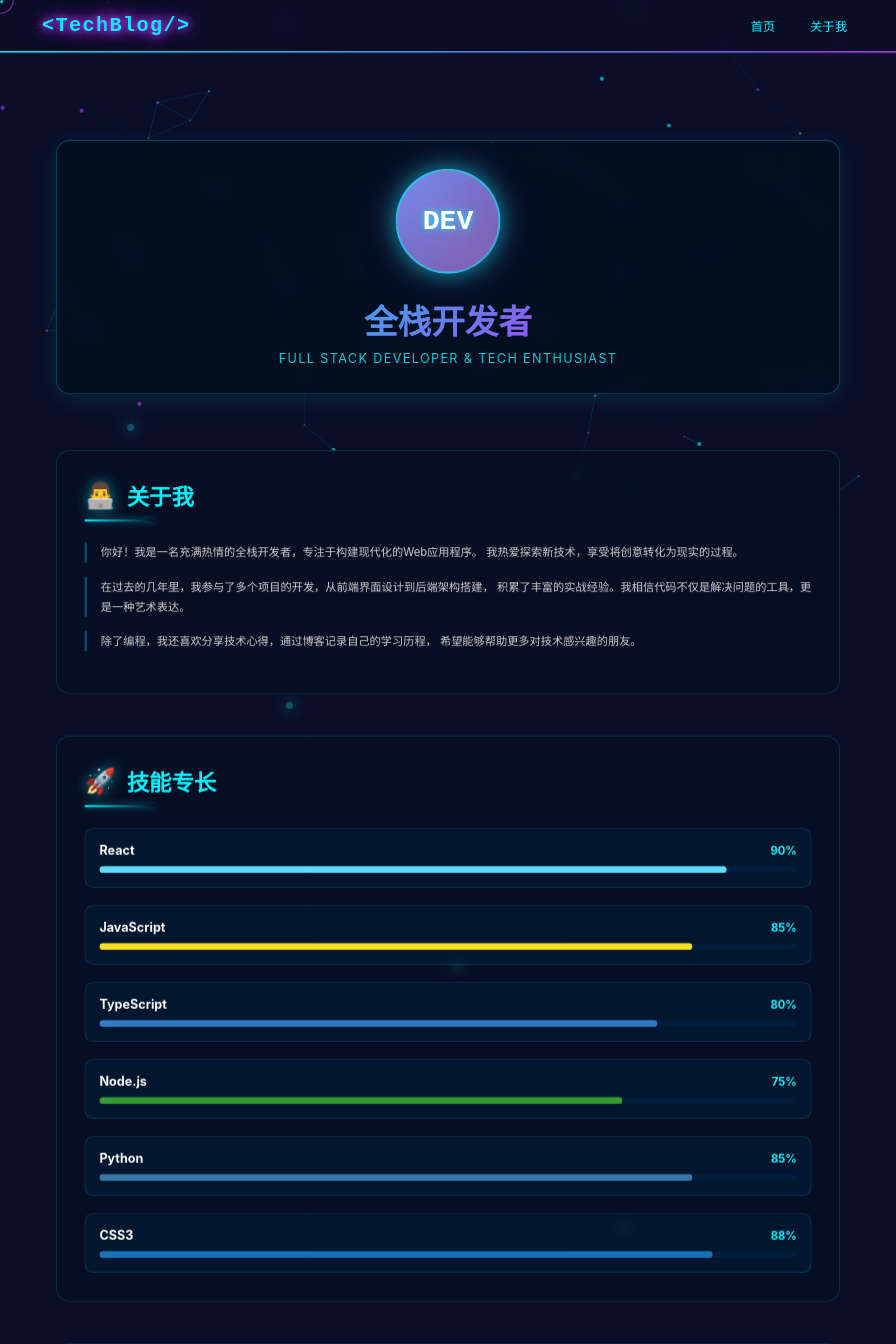
Repository: kyukiho/blog
Page: /about
These files come from the project's save history. The page is drawn as it stood at one moment and after the next save; the edit follows.
The browser window is 1280 px wide. The pictures show the part of the page from y = 0 to 1920 px (the page is 2733 px tall before and 2722 px after), at 70% of full size.
The project was rebuilt for these pictures with package versions that can differ from the ones it lists, and the page was loaded fresh each time. Also part of the build but not shown: vite.config.js, src/components/BlogList.css, src/components/BlogList.jsx, src/components/BlogDetail.css, src/components/BlogDetail.jsx.

Above is the page before, as saved 2026-02-28 17:43:25.

After the next save:
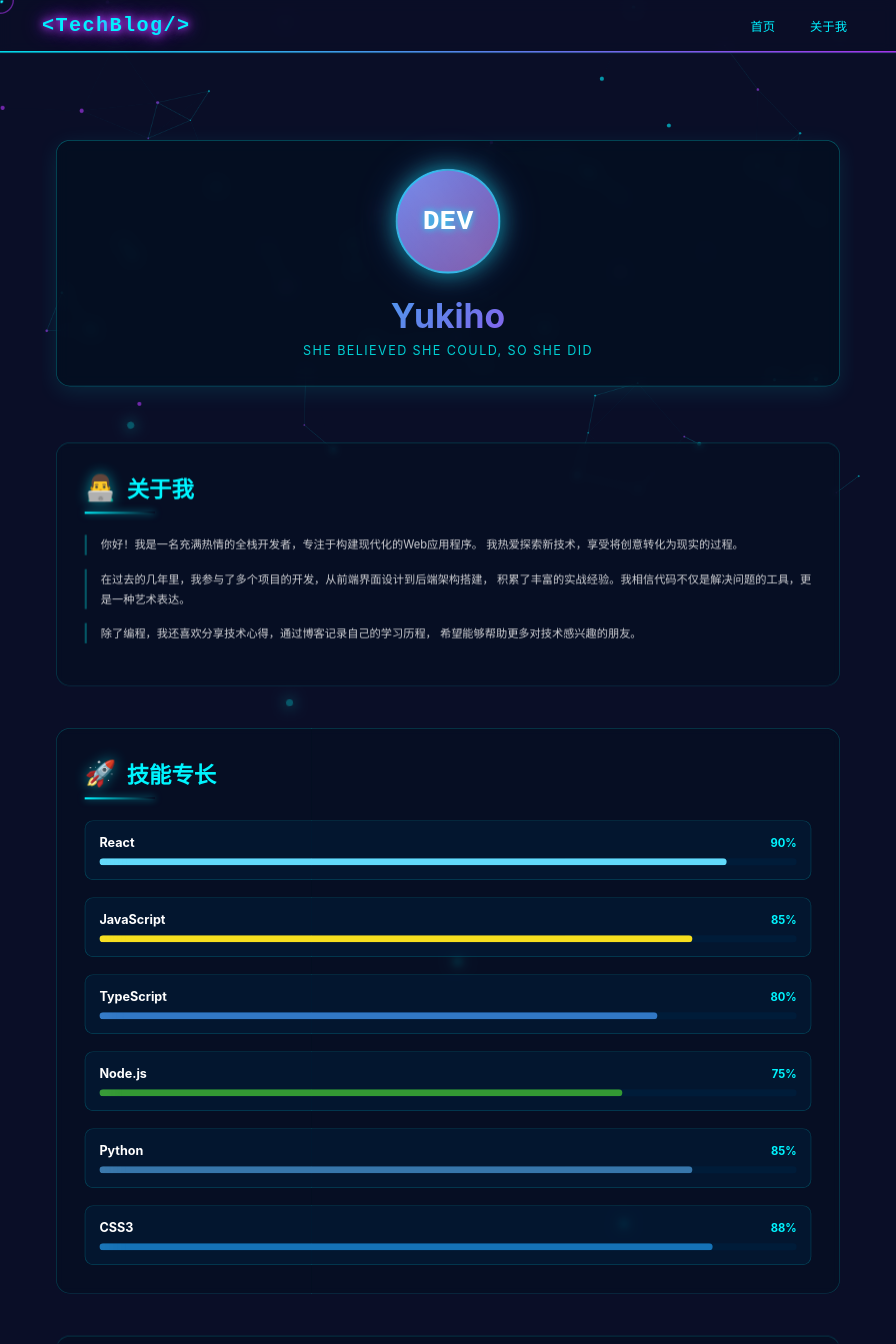
Saved 15 days later.
--- a/src/components/About.jsx
+++ b/src/components/About.jsx
@@ -72,10 +72,10 @@ const About = () => {
               animate={{ opacity: 1, y: 0 }}
               transition={{ delay: 0.3 }}
             >
-              全栈开发者
+              Yukiho
             </motion.span>
           </h1>
-          <p className="profile-title">Full Stack Developer & Tech Enthusiast</p>
+          <p className="profile-title">She believed she could, so she did</p>
         </motion.div>
 
         {/* 关于我 */}
